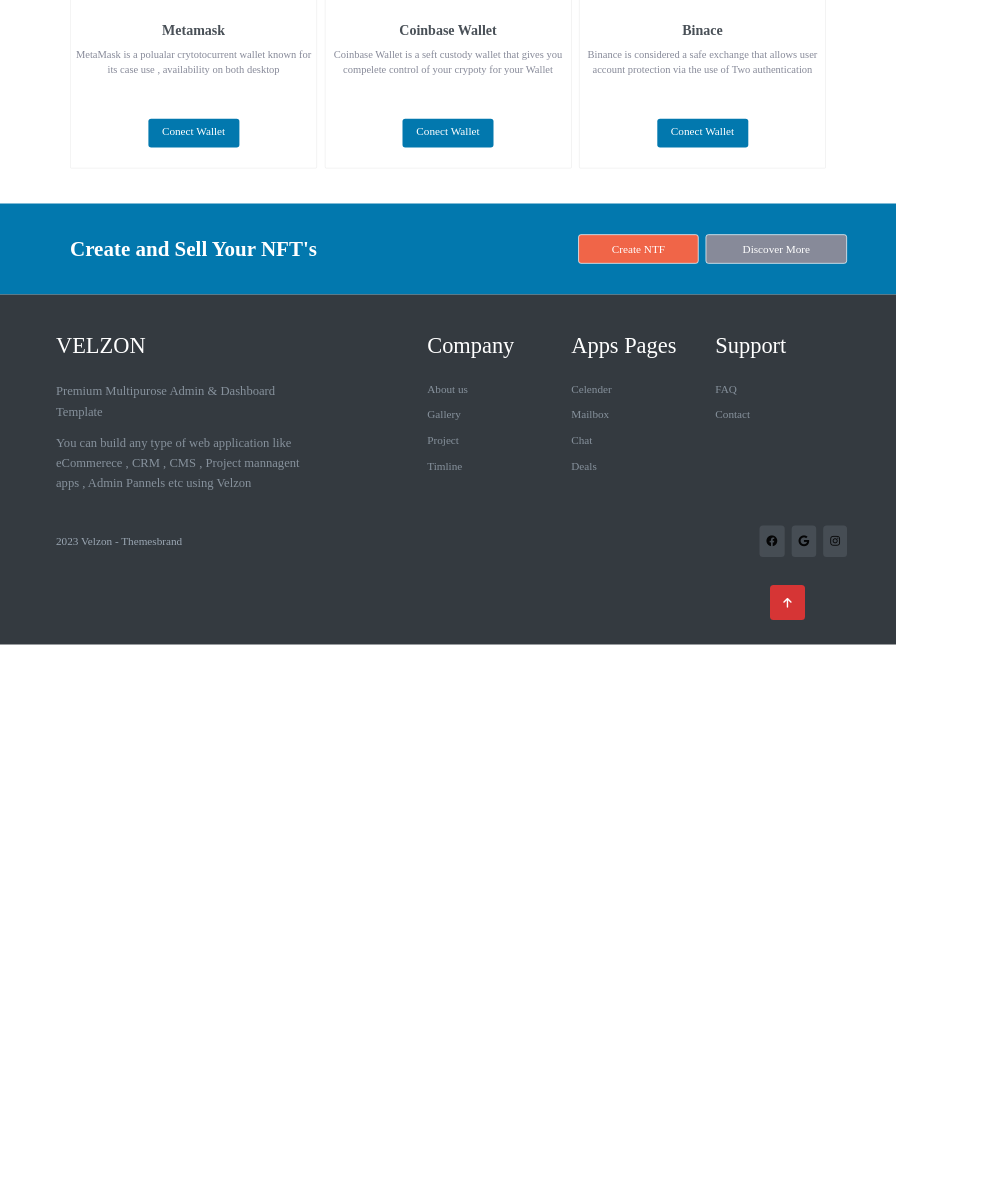
Repository: HuynhDuc23/Webvideodesgin
Page: index.html
These files come from the project's save history. The page is drawn as it stood at one moment and after the next save; the edit follows.
The browser window is 1280 px wide. The page is 1440 px wide, so the pictures cover 1440 px, including what lies to the right of the window. The pictures show the part of the page from y = 1164 to 2884 px (the page is 5520 px tall), at 70% of full size.
The style sheet was rebuilt from its Sass, Less or Tailwind sources for each picture, by a compiler version that may differ from the author's.

Above is the page before, as saved 2023-04-27 15:33:55.

After the next save:
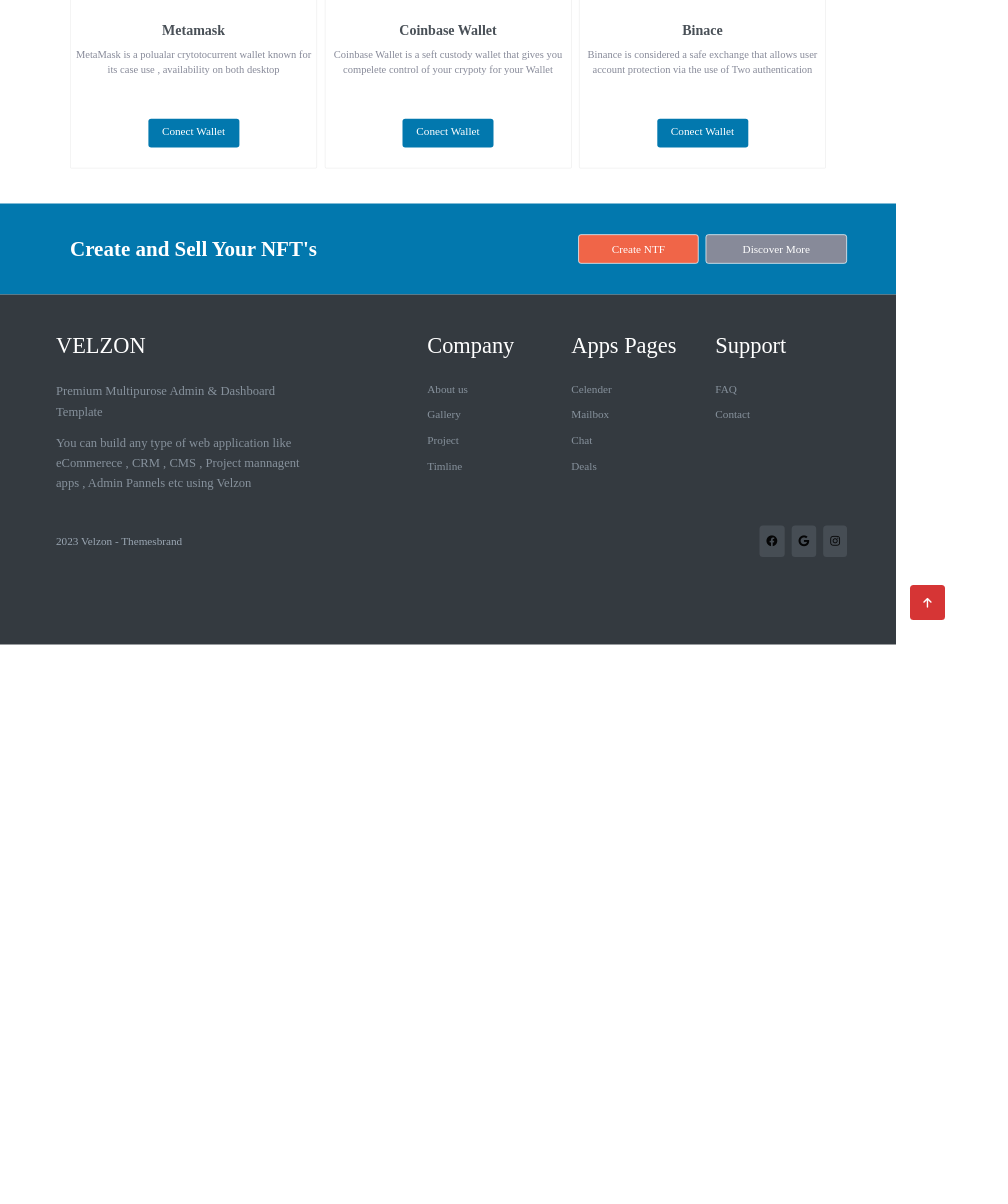
Saved 6 s later.
--- a/style.scss
+++ b/style.scss
@@ -440,7 +440,7 @@
     border-radius: 5px;
     position: relative;
     margin-top: 40px;
-    margin-left: 1100px;
+    margin-left: 1300px;
     cursor: pointer;
     opacity: 1;
     &:hover {
